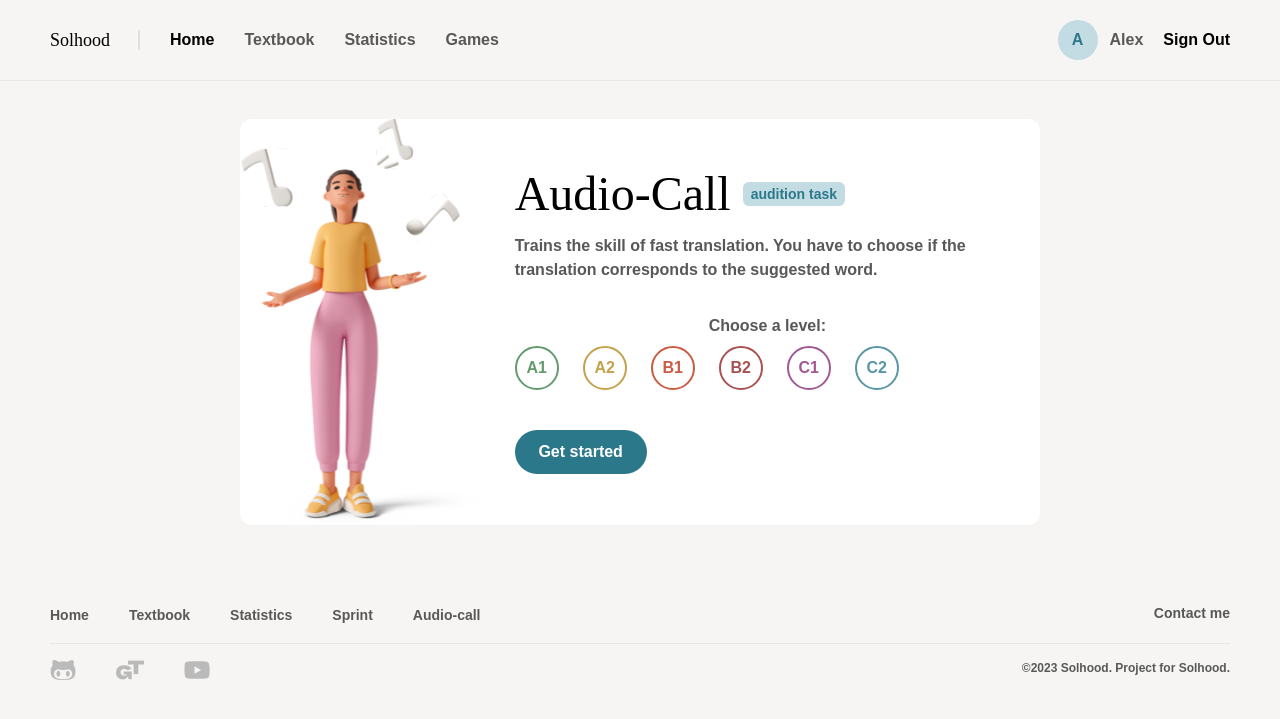
Repository: haudnn/solhood
Page: /audio
These files come from the project's save history. The page is drawn as it stood at one moment and after the next save; the edit follows.
The browser window is 1280 px wide. The pictures show the whole page.
The project was rebuilt for these pictures with package versions that can differ from the ones it lists, and the page was loaded fresh each time. Also part of the build but not shown: src/pages/Home.tsx, src/pages/sprint/Sprint.tsx, src/pages/sprint/Game.tsx, src/pages/sprint/Result.tsx, src/pages/audio/Game.tsx, src/pages/audio/Result.tsx, src/hooks/useClickOutSide.ts, src/pages/textbook/WordItem.tsx and 2 more.

Above is the page before, as saved 2023-01-10 22:34:00.

### public/index.html
<!DOCTYPE html>
<html lang="en">
  <head>
    <meta charset="utf-8" />
    <link rel="icon" href="%PUBLIC_URL%/solanaLogoMark.svg" />
    <meta name="viewport" content="width=device-width, initial-scale=1" />
    <meta name="theme-color" content="#000000" />
    <meta
      name="description"
      content="Web site created using create-react-app"
    />
    <link rel="apple-touch-icon" href="%PUBLIC_URL%/logo192.png" />
    <link rel="manifest" href="%PUBLIC_URL%/manifest.json" />
    <title>Solhood | E-Learning Platform</title>
  </head>
  <body>
    <noscript>You need to enable JavaScript to run this app.</noscript>
    <div id="root"></div>
  </body>
</html>

### src/App.tsx
import "./App.css";
import { BrowserRouter } from 'react-router-dom';
import RouterConfig from './config/RouterConfig';
import Footer from "./components/Layout/Footer";
import Header from "./components/Layout/Header";
function App() {
  return (
    <div className="overflow-hidden  App font-montserrat">
      <BrowserRouter>
        <Header />
        <RouterConfig/>
        <Footer/>
      </BrowserRouter>
    </div>
  );
}

export default App;

### src/config/RouterConfig.tsx
import React from 'react'
import { Routes, Route } from 'react-router-dom';
import {router} from '../constants';
const RouterConfig = () => {
  return (
    <Routes>
    {router.map(({ path, component }) => (
      <Route key={path} path={path} element={component} />
    ))}
  </Routes>
  )
}

export default RouterConfig

### src/components/Layout/Footer.tsx
import React from "react";
import github from "../../assets/imgs/github.png";
import GT from "../../assets/imgs/GT.png";
import youtube from "../../assets/imgs/youtube.png";
const Footer = () => {
  return (
    <footer>
      <div className="bg-greyligt py-[40px] px-5 md:px-0">
        <div className="app-container">
          <div className="pb-4 border-b border-solid boder-[greymedium]">
            <div className="grid">
              <div className="row">
                <div className="col l-6 c-6">
                  <ul className="flex flex-col pl-5 md:items-center md:gap-x-10 md:flex-row md:pl-0 gap-y-3 ">
                    <li>
                      <a
                        className="text-sm font-semibold text-greydark"
                        href="/"
                      >
                        Home
                      </a>
                    </li>
                    <li>
                      <a
                        className="text-sm font-semibold text-greydark"
                        href="/textbook"
                      >
                        Textbook
                      </a>
                    </li>
                    <li>
                      <a
                        className="text-sm font-semibold text-greydark"
                        href="/statistics"
                      >
                        Statistics
                      </a>
                    </li>
                    <li>
                      <a
                        className="text-sm font-semibold text-greydark"
                        href="/sprint"
                      >
                        Sprint
                      </a>
                    </li>
                    <li>
                      <a
                        className="text-sm font-semibold text-greydark"
                        href="/audio"
                      >
                        Audio-call
                      </a>
                    </li>
                  </ul>
                </div>
                <div className="col l-6 c-6">
                  <div className="flex items-center justify-start md:justify-end gap-x-10">
                    <a
                      className="text-sm font-semibold text-greydark"
                      href="/me"
                    >
                      Contact me
                    </a>
                  </div>
                </div>
              </div>
            </div>
          </div>
          <div className="pt-4">
            <div className="grid">
              <div className="row">
                <div className="col l-6 c-12">
                  <ul className="flex items-center justify-center mb-5 gap-x-10 md:mb-0 md:justify-start">
                    <li>
                      <a href="/">
                        <img src={github} alt="" />
                      </a>
                    </li>
                    <li>
                      <a href="/">
                        <img src={GT} alt="" />
                      </a>
                    </li>
                    <li>
                      <a href="/">
                        <img src={youtube} alt="" />
                      </a>
                    </li>
                  </ul>
                </div>
                <div className="col l-6 c-12">
                  <div className="flex items-center justify-center md:justify-end">
                    <span className="text-xs font-semibold text-greydark ">
                      ©2023 Solhood. Project for Solhood.
                    </span>
                  </div>
                </div>
              </div>
            </div>
          </div>
        </div>
      </div>
    </footer>
  );
};

export default Footer;

### src/components/Layout/Header.tsx
import React, { useState } from "react";
import { BsJustifyLeft } from "react-icons/bs";
import { AiOutlineClose } from "react-icons/ai";
const Header = () => {
  const [isOpen, setIsOpen] = useState(false);
  const handleOpen = () => {
    setIsOpen((prev) => !prev);
  };
  return (
    <header className="py-[18px] md:py-5 border-b border-solid border-[grey-dark] bg-greyligt">
      <div className="px-5 app-container md:px-0">
        <div className="grid">
          <div className="row">
            <div className="col c-4 md:hidden">
              <div className="flex items-center h-10 cursor-pointer">
                {!isOpen ? (
                  <BsJustifyLeft
                    onClick={handleOpen}
                    className="w-6 h-6"
                  ></BsJustifyLeft>
                ) : (
                  <AiOutlineClose
                    onClick={handleOpen}
                    className="w-6 h-6"
                  ></AiOutlineClose>
                )}
              </div>
              <div
                className={`nav_ani ${
                  isOpen ? "unhide-nav" : "hide-nav"
                } absolute top-[71px] bottom-0 left-0 right-0 z-50 w-full bg-white overflow-y-auto`}
              >
                <div className="w-full h-[calc(100vh-71px)] overflow-y-hidden">
                  <div className="flex items-center justify-center w-full h-full">
                    <ul className="flex flex-col items-center justify-center gap-y-5">
                      <li>
                        <a
                          className="text-base font-semibold text-cyandark"
                          href="/"
                        >
                          Main
                        </a>
                      </li>
                      <li>
                        <a
                          className="text-base font-semibold text-greydark"
                          href="/textbook"
                        >
                          Textbook
                        </a>
                      </li>
                      <li>
                        <a
                          className="text-base font-semibold text-greydark"
                          href="/statistics"
                        >
                          Statistics
                        </a>
                      </li>
                      <li>
                        <a
                          className="text-base font-semibold text-greydark"
                          href="/statistics"
                        >
                          Sprint
                        </a>
                      </li>
                      <li>
                        <a
                          className="text-base font-semibold text-greydark"
                          href="/statistics"
                        >
                          Audio-call
                        </a>
                      </li>
                    </ul>
                  </div>
                </div>
              </div>
            </div>
            <div className="col l-6 c-4">
              <div className="flex items-center md:gap-x-[60px] md:h-full">
                <div className="w-full text-center line before:border-r-0 md:before:border-r-2 md:w-fit">
                  <a
                    href="/"
                    className="block text-lg text-black font-dela leading-[40px] md:leading-none"
                  >
                    Solhood
                  </a>
                </div>
                <div className="hidden md:block">
                  <ul className="flex items-center gap-x-[30px]">
                    <li>
                      <a
                        className="text-base font-semibold text-black"
                        href="/"
                      >
                        Home
                      </a>
                    </li>
                    <li>
                      <a
                        className="text-base font-semibold text-greydark"
                        href="/textbook"
                      >
                        Textbook
                      </a>
                    </li>
                    <li>
                      <a
                        className="text-base font-semibold text-greydark"
                        href="/statistics"
                      >
                        Statistics
                      </a>
                    </li>
                    <li className="relative group">
                      <p className="text-base font-semibold cursor-default text-greydark">
                        Games
                      </p>
                      <div className="z-10 group-hover:block hidden absolute bg-white rounded-xl shadow-lg w-[215px] p-5 top-10 bridge">
                        <ul>
                          <li className="mb-2 text-base font-semibold text-greydark">
                            <a href="/sprint">Sprint</a>
                          </li>
                          <li>
                            <a
                              href="/audio"
                              className="text-base font-semibold text-greydark"
                            >
                              Audio call
                            </a>
                          </li>
                        </ul>
                      </div>
                    </li>
                  </ul>
                </div>
              </div>
            </div>
            <div className="col l-6 c-4">
              <div className="flex justify-end">
                <div className="flex items-center mr-5 gap-x-3">
                  <div className="flex items-center justify-center w-10 h-10 rounded-[50%] bg-cyanlight">
                    <span className="text-base font-semibold text-cyandark">
                      A
                    </span>
                  </div>
                  <span className="text-base font-semibold text-greydark">
                    Alex
                  </span>
                </div>
                <div className="items-center hidden md:flex">
                  <a href="/" className="text-base font-semibold text-black">
                    Sign Out
                  </a>
                </div>
              </div>
            </div>
          </div>
        </div>
      </div>
    </header>
  );
};

export default Header;

### src/constants/index.ts
import router from "./router"

export {router}

### src/constants/router.tsx
import Home from "../pages/Home";
import Sprint from "../pages/sprint/Sprint";
import SprintGame from "../pages/sprint/Game";
import SprintResult from "../pages/sprint/Result";
import Audio from "../pages/audio/Audio";
import AudioGame from "../pages/audio/Game";
import AudioResult from "../pages/audio/Result";
import TextBook from "../pages/textbook/TextBook";
import Statistics from "../pages/statistics/Statistics";
const router = [
 {
    path: '/',
    component: <Home />,
 },
 {
   path: '/textbook',
   component: <TextBook />,
},
 {
   path: '/statistics',
   component: <Statistics />,
 }
 ,
// Audio
 {
  path: '/audio',
  component: <Audio />,
 },
 {
  path: '/audio/game',
  component: <AudioGame />,
 },
 {
  path: '/audio/result',
  component: <AudioResult />,
 },
// Sprint
 {
  path: '/sprint',
  component: <Sprint />,
  },
 {
  path: '/sprint/game',
  component: <SprintGame />,
 },
 {
  path: '/sprint/result',
  component: <SprintResult />,
 },


]
export default router;

### src/pages/audio/Audio.tsx
import React from "react";
import audiogame from "../../assets/imgs/audiogame.svg";
import audioMobile from "../../assets/imgs/audioMobile.svg";
const Audio = () => {
  return (
    <div className="sprint bg-greyligt">
      <div className="flex items-center justify-center px-5 py-10 md:wrapper-calc md:px-0 md:py-0">
        <div className="bg-white rounded-xl max-w-[800px] p-5 md:p-0">
          <div className="grid">
            <div className="row">
              <div className="col l-4 c-12">
                <div className="hidden md:block">
                  <img
                    src={audiogame}
                    alt=""
                    className="object-cover w-full h-full"
                  />
                </div>
                <div className="flex items-center justify-center md:hidden">
                    <img
                      src={audioMobile}
                      alt=""
                      className="object-cover w-[80px] h-[80px]"
                    />
                </div>
              </div>
              <div className="col l-8 c-12">
                <div className="flex flex-col justify-center w-full h-full">
                  <div className="flex items-start justify-center mb-4 gap-x-3 md:justify-start">
                    <p className="text-2xl md:text-5xl font-dela">Audio-Call</p>
                    <div className="px-2 mt-1 rounded-md md:mt-3 bg-cyanlight">
                      <span className="text-sm font-semibold text-cyandark">
                        audition task
                      </span>
                    </div>
                  </div>
                  <p className="mb-8 text-base font-semibold text-center text-greydark md:text-start">
                    Trains the skill of fast translation. You have to choose if
                    the translation corresponds to the suggested word.
                  </p>
                  <div className="pr-5">
                    <p className="mb-2 text-base font-semibold text-greydark">
                      Choose a level:
                    </p>
                    <div className="flex items-center justify-between mb-10 md:justify-start md:gap-x-6">
                      <div className="flex items-center justify-center w-[44px] h-[44px] rounded-[50%] border-solid border-2 border-greendesign">
                        <span className="text-base font-bold text-greendesign">
                          A1
                        </span>
                      </div>
                      <div className="flex items-center justify-center w-[44px] h-[44px] rounded-[50%] border-solid border-2 border-yellowdesign">
                        <span className="text-base font-bold text-yellowdesign">
                          A2
                        </span>
                      </div>
                      <div className="flex items-center justify-center w-[44px] h-[44px] rounded-[50%] border-solid border-2 border-orangedesign">
                        <span className="text-base font-bold text-orangedesign">
                          B1
                        </span>
                      </div>
                      <div className="flex items-center justify-center w-[44px] h-[44px] rounded-[50%] border-solid border-2 border-reddesign">
                        <span className="text-base font-bold text-reddesign">
                          B2
                        </span>
                      </div>
                      <div className="flex items-center justify-center w-[44px] h-[44px] rounded-[50%] border-solid border-2 border-pinkdesign">
                        <span className="text-base font-bold text-pinkdesign">
                          C1
                        </span>
                      </div>
                      <div className="flex items-center justify-center w-[44px] h-[44px] rounded-[50%] border-solid border-2 border-cyandesign">
                        <span className="text-base font-bold text-cyandesign">
                          C2
                        </span>
                      </div>
                    </div>
                  </div>
                  <div className="flex items-center justify-center md:justify-start">
                    <button className="w-[132px] h-[44px] flex items-center justify-center rounded-full bg-cyandark">
                      <span className="text-base font-semibold text-white">
                        Get started
                      </span>
                    </button>
                  </div>
                </div>
              </div>
            </div>
          </div>
        </div>
      </div>
    </div>
  );
};


export default Audio;

Loaded but not shown: src/index.tsx (common file); src/App.css (common file); tailwind.config.js (33 lines, source omitted); src/index.css (762 lines, source omitted)

After the next save:
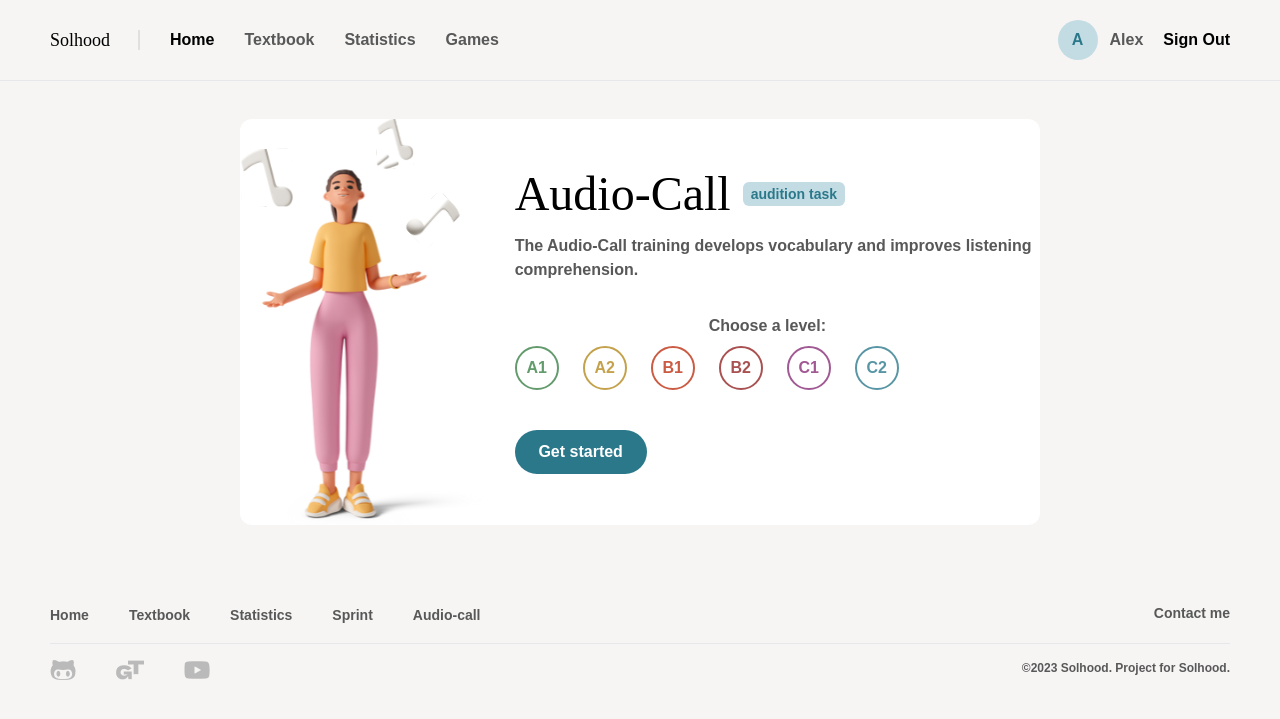
Saved 12 s later.
--- a/src/pages/audio/Audio.tsx
+++ b/src/pages/audio/Audio.tsx
@@ -35,8 +35,7 @@ const Audio = () => {
                     </div>
                   </div>
                   <p className="mb-8 text-base font-semibold text-center text-greydark md:text-start">
-                    Trains the skill of fast translation. You have to choose if
-                    the translation corresponds to the suggested word.
+                  The Audio-Call training develops vocabulary and improves listening comprehension.
                   </p>
                   <div className="pr-5">
                     <p className="mb-2 text-base font-semibold text-greydark">
